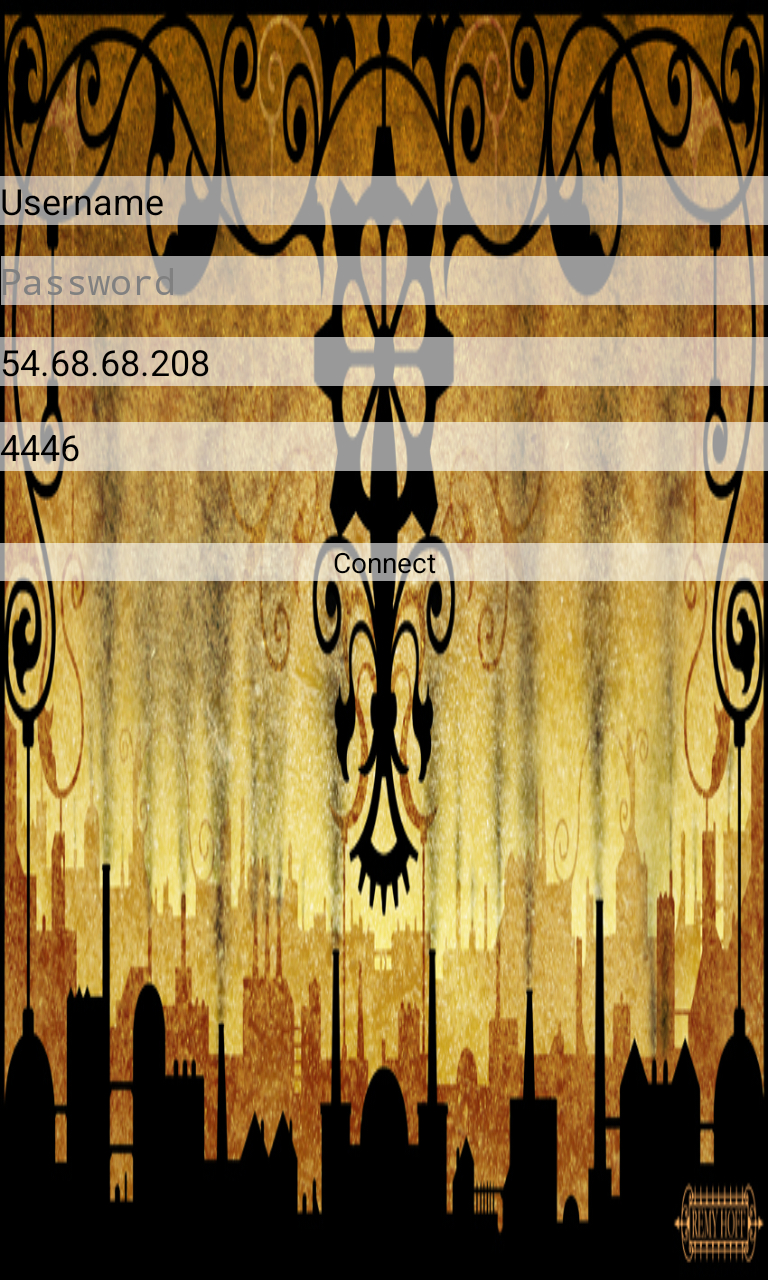
Repository: jkrepps/CSCE-482
Layout: Mobile Client (eclipse)/Industry of Deciet/res/layout/mains.xml
An editor plug-in stored every save of this project. The layout is shown before and after the next save, followed by the edit.
It is drawn on a 768 x 1280 px phone screen (xhdpi) without system bars, with theme AppTheme; the app's code is not run.

Above is the layout before, as saved 2014-12-03 10:33:51.

After the next save:
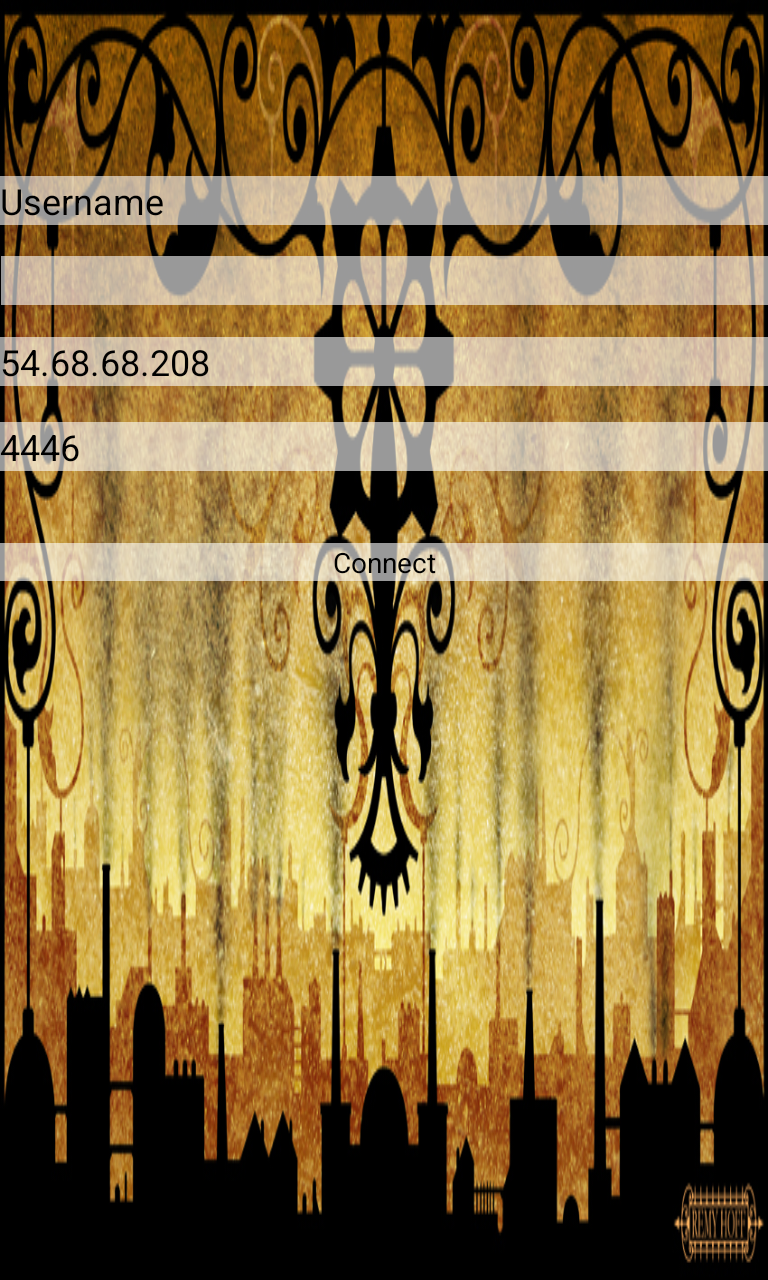
Saved 39 s later.
--- a/Mobile Client (eclipse)/Industry of Deciet/res/layout/mains.xml
+++ b/Mobile Client (eclipse)/Industry of Deciet/res/layout/mains.xml
@@ -57,8 +57,8 @@
             android:layout_marginTop="128dp"
             android:background="#99FFFFFF"
             android:ems="10"
-            android:hint="Password"
             android:inputType="textPassword"
+            android:selectAllOnFocus="true"
             android:textColor="#FF000000" >
 
             <requestFocus />
